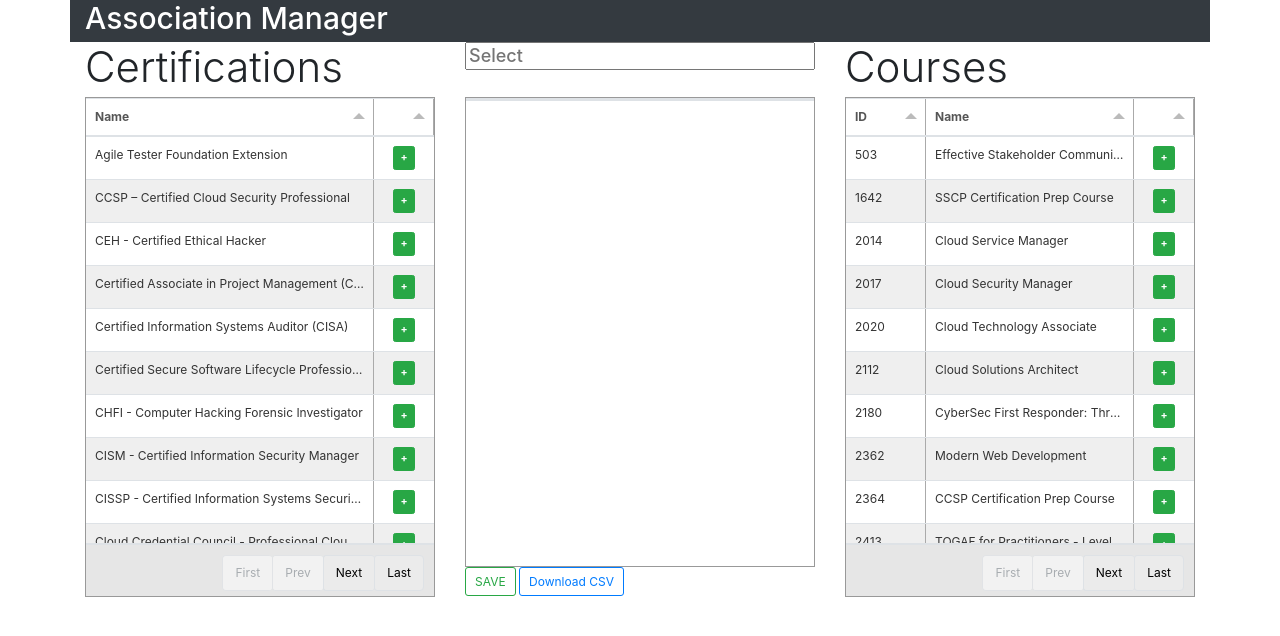
Repository: t1s1/pathfinder2
Page: index.html
The author's editor kept a record of every edit. The page is drawn from the files as they stood at one moment, then again after the next edit.
The browser window is 1280 px wide. The pictures show the whole page.
The page's requests for data from a server got no answer.

Above is the page before.
Console error: TypeError: Cannot read properties of undefined (reading 'setData')

After the next edit:
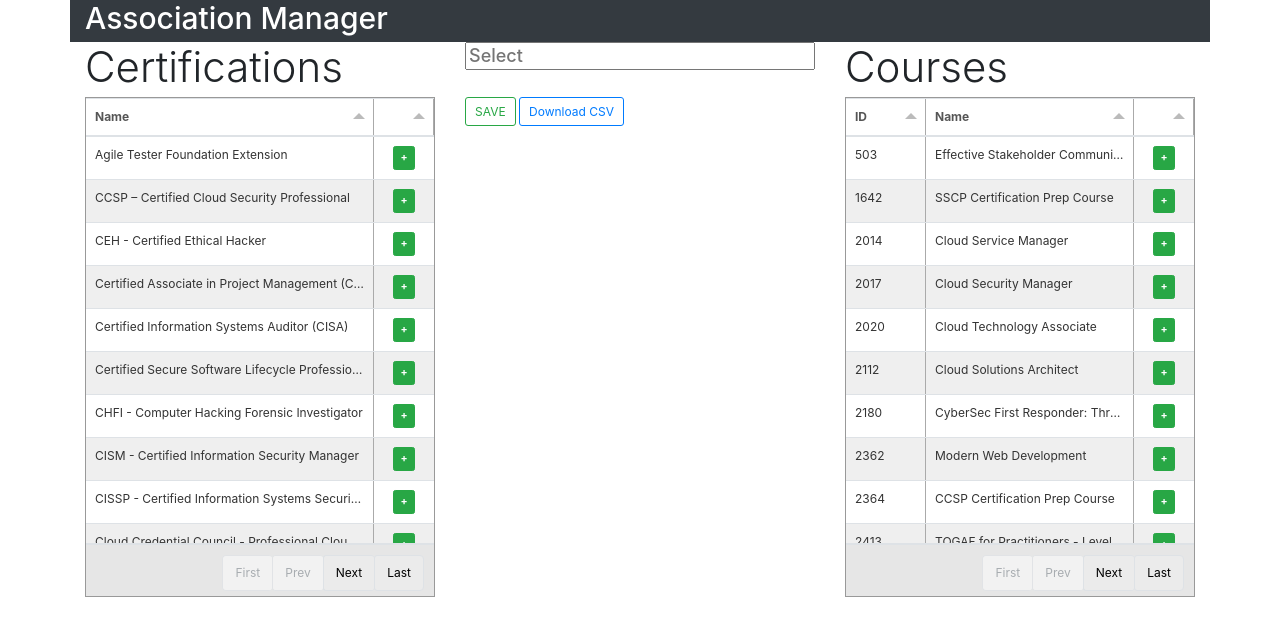
The edit:
--- a/pathfinder.js
+++ b/pathfinder.js
@@ -6,7 +6,7 @@
 $(document).ready(function() {
   $.get( "data/AA_courses.csv", function( data ) { initCourseData( data, "course-table" ) });
   $.get( "data/AA_certs.csv", function( data ) { initCertData( data, "cert-table" ) });
-  $.get( "data/AA_assoc.csv", function( data ) { initAssocData( data, "assoc-table" ) });
+  //$.get( "data/AA_assoc.csv", function( data ) { initAssocData( data, "assoc-table" ) });
   $.getJSON("http://34.229.45.11/json.php", function( json ) {
       alert("ok");
   });
